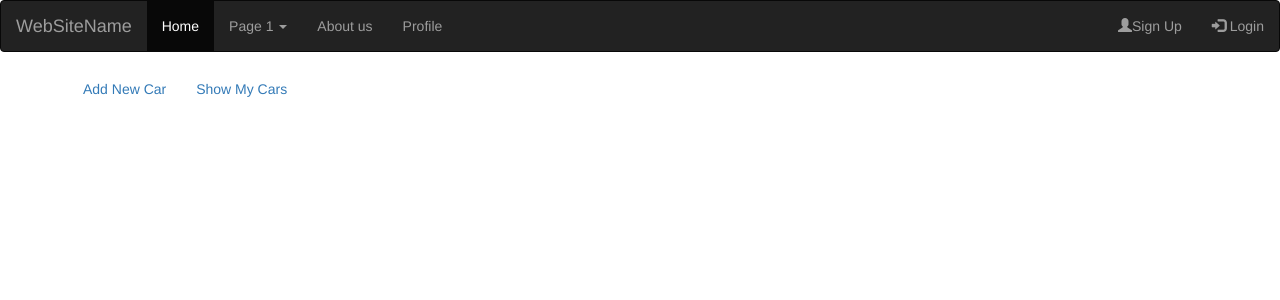
Repository: Ahmad-hamdan98/Java_Project
Page: http://localhost/javaproject/WIB-INF/ShowAll.jsp
These files come from the project's save history. The page is drawn as it stood at one moment and after the next save; the edit follows.
The browser window is 1280 px wide. The pictures show the whole page.
The page is served by Tomcat 9.

Above is the page before, as saved 2022-11-20 07:20:50.

After the next save:
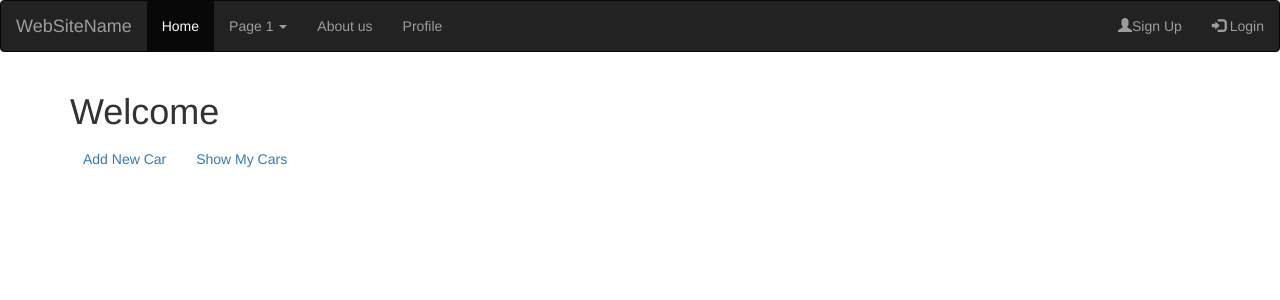
Saved 93 s later.
--- a/atfirst/javaproject/src/main/webapp/WIB-INF/ShowAll.jsp
+++ b/atfirst/javaproject/src/main/webapp/WIB-INF/ShowAll.jsp
@@ -55,8 +55,13 @@
   </div>
 </nav>
 
+
+
+
+
+
 <div class="container">
-  <%-- <h1>Welcome ${user.userName}</h1>  --%>
+	<h1>Welcome ${user.userName}</h1>
 
   <a href="/newcar" class="btn btn-secondary">Add New Car</a>
   <a href="/showcar" class="btn btn-secondary">Show My Cars</a>

After the save that followed:
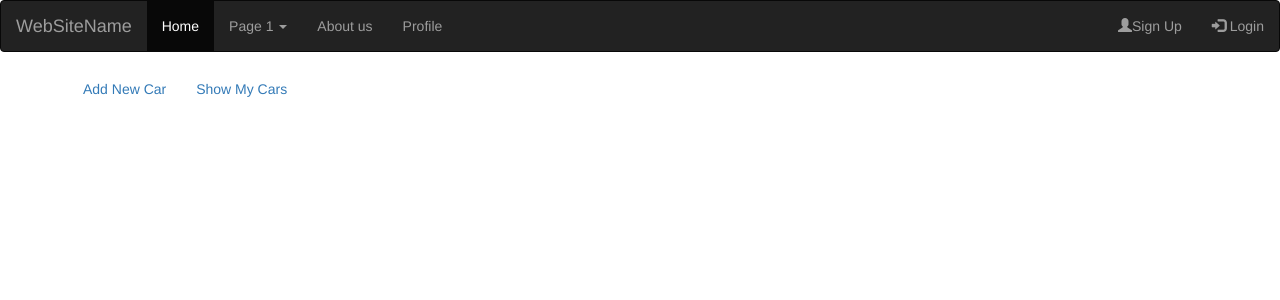
Saved 34 s later.
--- a/atfirst/javaproject/src/main/webapp/WIB-INF/ShowAll.jsp
+++ b/atfirst/javaproject/src/main/webapp/WIB-INF/ShowAll.jsp
@@ -61,8 +61,11 @@
 
 
 <div class="container">
+    <c:choose>
+    	<c:when test="${user.id!=Null}">
 	<h1>Welcome ${user.userName}</h1>
-
+  </c:when>
+  </c:choose>
   <a href="/newcar" class="btn btn-secondary">Add New Car</a>
   <a href="/showcar" class="btn btn-secondary">Show My Cars</a>
 
